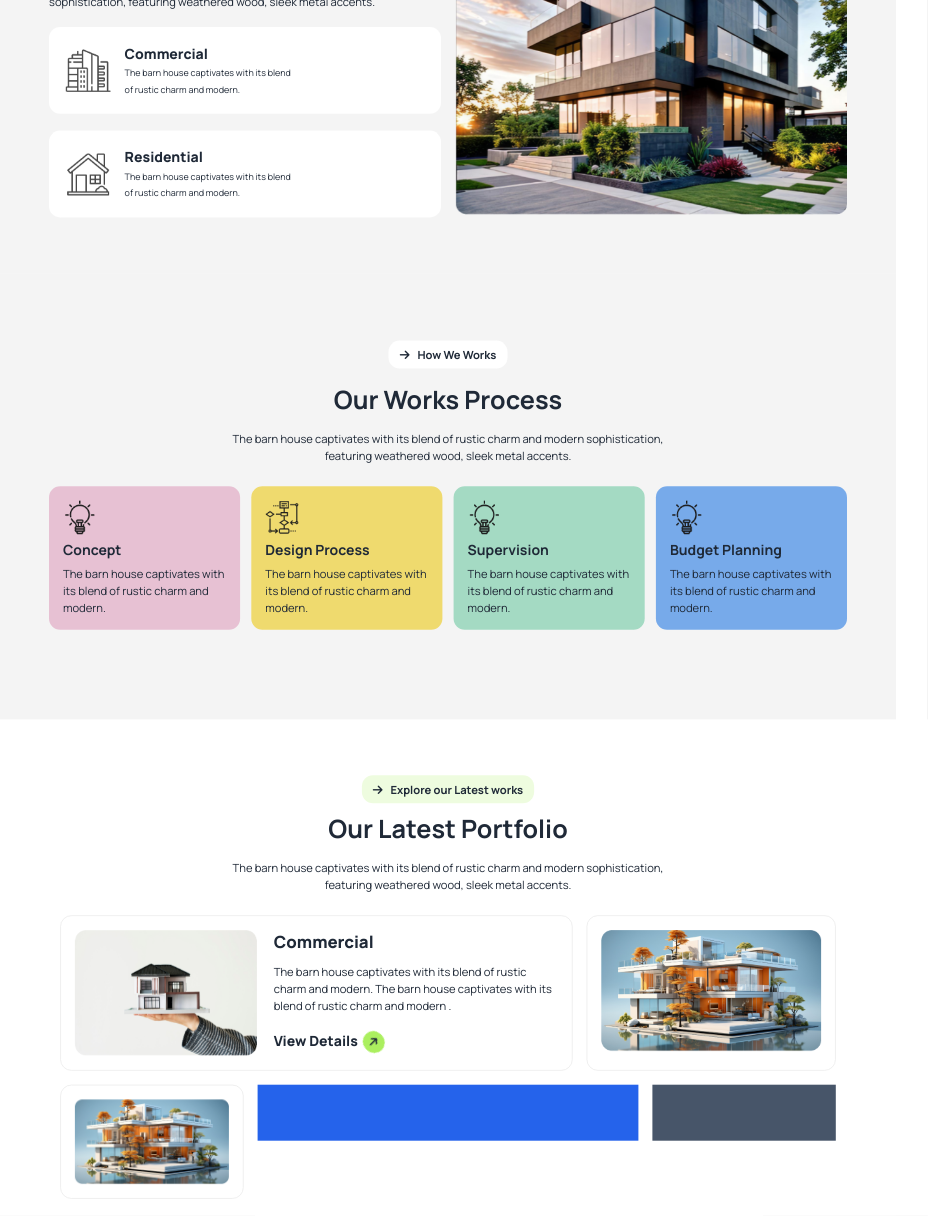
Repository: Tanvir4312/assignment-03
Page: index.html
The author's editor kept a copy of each file at every save. The page is drawn from the files as they stood at one save, then again after the next save.
The browser window is 1280 px wide. The page is 1325 px wide, so the pictures cover 1325 px, including what lies to the right of the window. The pictures show the part of the page from y = 1271 to 3111 px (the page is 3008 px tall before and 3111 px after), at 70% of full size.
Some web libraries are served in a nearby version.

Above is the page before, as saved 2024-10-30 18:49:32.

### index.html
<!DOCTYPE html>
<html lang="en">

<head>
    <meta charset="UTF-8">
    <meta name="viewport" content="width=device-width, initial-scale=1.0">
    <title>Renterio</title>
    <link rel="stylesheet" href="styles/styles.css">
    <!-- DaisyUI -->
    <link href="https://cdn.jsdelivr.net/npm/daisyui@4.12.14/dist/full.min.css" rel="stylesheet" type="text/css" />
    <script src="https://cdn.tailwindcss.com"></script>
    <!-- Icon -->
    <link rel="stylesheet" href="https://cdnjs.cloudflare.com/ajax/libs/font-awesome/6.6.0/css/all.min.css"
        integrity="sha512-Kc323vGBEqzTmouAECnVceyQqyqdsSiqLQISBL29aUW4U/M7pSPA/gEUZQqv1cwx4OnYxTxve5UMg5GT6L4JJg=="
        crossorigin="anonymous" referrerpolicy="no-referrer" />

    <script>
        tailwind.config = {
            theme: {
                extend: {
                    colors: {
                        clifford: '#da373d',
                        bgBtnColor: '#ABEF5F',
                        btnTextAndWorksTextColor: '#1C1C1C',
                        mainColor: '#212121',
                        secondaryColor: '#494949',

                    }
                }
            }
        }
    </script>
</head>

<body class="manrope-font">
    <header>
        <!-- Navbar -->
        <nav class="container mx-auto">
            <div class="navbar relative py-14">
                <div class="navbar-start">
                    <div class="absolute right-0">
                        <div class="dropdown">
                            <div tabindex="0" role="button"
                                class="btn btn-ghost mr-2 lg:hidden border border-[rgba(233,233,233)] rounded-full bg-[#f9f8f8]">
                                <svg xmlns="http://www.w3.org/2000/svg" class="h-5 w-5" fill="none" viewBox="0 0 24 24"
                                    stroke="currentColor">
                                    <path stroke-linecap="round" stroke-linejoin="round" stroke-width="2"
                                        d="M4 6h16M4 12h8m-8 6h16" />
                                </svg>
                            </div>
                            <div class="absolute -left-20">
                                <ul tabindex=""
                                    class="menu menu-sm dropdown-content bg-base-100 rounded-box z-[1] p-2 shadow w-32">
                                    <li><a>Home</a></li>
                                    <li><a>Services</a></li>
                                    <li><a>Portfolio</a></li>
                                    <li><a>Blogs</a></li>
                                    <li><a>Contact Us</a></li>
                                </ul>
                            </div>
                        </div>
                    </div>
                    <i class="fa-solid fa-arrow-right -rotate-45 bg-bgBtnColor p-2 rounded-full	"></i>
                    <a class="btn btn-ghost font-extrabold text-3xl pl-2">Renterio</a>
                </div>
                <div class="navbar-center hidden lg:flex">
                    <ul class="menu menu-horizontal px-1">
                        <li><a class="font-extrabold">Home</a></li>
                        <li><a>Services</a></li>
                        <li><a>Portfolio</a></li>
                        <li><a>Blogs</a></li>
                        <li><a>Contact Us</a></li>
                    </ul>
                </div>

                <div class="navbar-end hidden md:block">
                    <div class="flex justify-end">
                        <div class="flex items-center gap-3 mr-2">
                            <div class="px-3 py-1 border border-[rgba(233,233,233)] rounded-full bg-[#f9f8f8]">
                                <i class="fa-solid fa-magnifying-glass"></i>
                            </div>
                            <div class="px-3 py-1 border border-[rgba(233,233,233)] rounded-full bg-[#f9f8f8]">
                                <i class="fa-solid fa-cart-shopping"></i>
                            </div>
                        </div>
                        <div class="relative ">
                            <button class="btn bg-bgBtnColor rounded-3xl pr-14 text-lg font-semibold">Book
                                Consult</button>
                            <i
                                class="fa-solid fa-arrow-right -rotate-45 bg-black text-white p-2 rounded-full absolute top-2 right-4 "></i>
                        </div>
                    </div>
                </div>
            </div>
        </nav>
        <!-- Banner -->
        <section class="banner text-center">
            <!-- Banner Image -->
            <div class="flex justify-center px-14">
                <img src="./assets/banner.png" alt="">
            </div>
            <!-- Banner Text -->
            <div class="mt-6">
                <h1 class="text-3xl md:text-6xl font-extrabold md:leading-[80px]">A barn house of this design
                    has a <br>striking appearance
                </h1>
                <p class="mt-6 mb-8 px-5">The barn house captivates with its blend of rustic charm and modern
                    sophistication,
                    featuring weathered wood, sleek metal <br> accents, and large windows that flood the space with
                    natural light.</p>
                <!-- Banner Button -->
                <div class="relative flex px-2 md:justify-center md:items-center">
                    <div class="w-full text-start md:text-center">
                        <button
                            class="btn border border-[rgba(171,239,95)] bg-[rgba(171,239,95,0.5)] rounded-3xl mainColor text-xl font-extrabold pr-14 l w-full md:w-52">View
                            Details</button>
                    </div>
                    <div>
                        <i
                            class="fa-solid fa-arrow-right -rotate-45 bg-bgBtnColor p-2 rounded-full absolute bottom-2 right-[590px]"></i>

                        <i
                            class="md:hidden absolute top-3 right-20 fa-solid fa-arrow-right -rotate-45 bg-bgBtnColor p-2 rounded-full"></i>
                    </div>
                </div>
            </div>
        </section>
    </header>

    <main class="bg-[#F4F4F4]">
        <!-- Commercial and Residential Section -->
        <section class="bg-[#F4F4F4] md:my-24 my-5 pt-7 pb-5 md:pb-20">
            <!-- Vector Image -->
            <img class="hidden md:block border-dashed border-2 border-slate-300 py-7 ml-9" src="./assets/Vector.png"
                alt="">
            <div class="md:w-[1140px] mx-auto grid md:grid-cols-2 grid-cols-1 gap-5 p-4 md:p-0">
                <div>
                    <!-- About Us Button -->
                    <div class="flex justify-center md:flex-col">
                        <div class="bg-white w-32 py-2 px-4 rounded-2xl">
                            <i class="fa-solid fa-arrow-right pr-2"></i>
                            <button class="font-bold">About Us</button>
                        </div>
                    </div>
                    <!-- Text -->
                    <div class="mt-4 md:text-start text-center">
                        <h1 class="text-2xl md:text-4xl font-bold mainColor mb-6">We design thoughtful, <br> liveable
                            spaces
                        </h1>
                        <p class="secondaryColor">The barn house captivates with its blend of rustic charm and
                            modern sophistication, featuring weathered wood, sleek metal accents.</p>
                    </div>

                    <div class="flex md:items-center gap-5 my-6 bg-white p-6 rounded-2xl">
                        <!-- Image -->
                        <div>
                            <img src="./assets/commercial.png" alt="">
                        </div>
                        <!-- Text -->
                        <div>
                            <h3 class="text-xl font-extrabold">Commercial</h3>
                            <p><small>The barn house captivates with its blend <br> of rustic charm and modern.</small>
                            </p>
                        </div>
                    </div>
                    <div class="flex md:items-center gap-5 bg-white p-6 rounded-2xl">
                        <!-- Image -->
                        <div>
                            <img src="./assets/residential.png" alt="">
                        </div>
                        <!-- Text -->
                        <div>
                            <h3 class="text-xl font-extrabold">Residential</h3>
                            <p><small>The barn house captivates with its blend <br> of rustic charm and modern.</small>
                            </p>
                        </div>
                    </div>

                </div>
                <!-- Image -->
                <div>
                    <img class="h-60 w-full md:h-[500px]" src="./assets/Rectangle.png" alt="">
                </div>
            </div>
        </section>

        <!-- Works Process section -->
        <section class="md:w-[1140px] mx-auto px-4 md:px-0 md:pb-24">
            <!-- Works Button -->
            <div class="flex justify-center">
                <div class="bg-white py-2 px-4 rounded-2xl">
                    <i class="fa-solid fa-arrow-right pr-2"></i>
                    <button class="font-bold">How We Works</button>
                </div>
            </div>
            <!-- Text -->
            <div class="text-center">
                <h1 class="py-4 md:py-6 text-2xl md:text-4xl font-bold">Our Works Process</h1>
                <p>The barn house captivates with its blend of rustic charm and modern sophistication, <br> featuring
                    weathered wood, sleek metal accents.</p>
            </div>
            <!-- Card -->
            <div class="card grid grid-cols-1 md:grid-cols-4 gap-4 my-8">
                <div class="bg-[rgba(231,193,211)] rounded-2xl p-5">
                    <img src="./assets/concept.png" alt="">
                    <h4 class="py-2 text-xl font-bold">Concept</h4>
                    <p>The barn house captivates with its blend of rustic charm and modern.</p>
                </div>
                <div class="bg-[rgba(239,218,110)] rounded-2xl p-5">
                    <img src="./assets/flow-chart.png" alt="">
                    <h4 class="py-2 text-xl font-bold">Design Process</h4>
                    <p>The barn house captivates with its blend of rustic charm and modern.</p>
                </div>
                <div class="bg-[rgba(164,218,195)] rounded-2xl p-5">
                    <img src="./assets/concept.png" alt="">
                    <h4 class="py-2 text-xl font-bold">Supervision</h4>
                    <p>The barn house captivates with its blend of rustic charm and modern.</p>
                </div>
                <div class="bg-[rgba(119,170,234)] rounded-2xl p-5">
                    <img src="./assets/concept.png" alt="">
                    <h4 class="py-2 text-xl font-bold">Budget Planning</h4>
                    <p>The barn house captivates with its blend of rustic charm and modern.</p>
                </div>
            </div>
        </section>
        <!-- Latest Portfolio Section -->
        <section class="md:bg-white">
            <div class=" md:w-[1140px] mx-auto py-6 px-4 md:pt-20">
                <!-- Latest Works Button -->
                <div class="flex justify-center">
                    <div class="bg-[rgba(171,239,95,0.2)] py-2 px-4 rounded-2xl">
                        <i class="fa-solid fa-arrow-right pr-2"></i>
                        <button class="font-bold">Explore our Latest works</button>
                    </div>
                </div>
                <!-- Text -->
                <div class="text-center">
                    <h1 class="pt-4 pb-6 md:text-4xl text-2xl font-bold">Our Latest Portfolio</h1>
                    <p>The barn house captivates with its blend of rustic charm and modern sophistication, <br>
                        featuring
                        weathered wood, sleek metal accents.</p>
                </div>
                <!-- Latest Portfolio Card First Row -->
                <div class="pt-8 grid grid-cols-1 md:grid-cols-3 gap-5">
                    <div class="md:col-span-2 rounded-2xl ">
                        <div class="md:flex gap-6 border border-[rgba(233,233,233)] rounded-2xl p-5 bg-white">
                            <img src="./assets/img1.png" alt="">
                            <div>
                                <h3 class="text-2xl font-extrabold">Commercial</h3>
                                <p class="pt-4 pb-6">The barn house captivates with its blend of rustic charm and
                                    modern. The barn house
                                    captivates with its blend of rustic charm and modern .</p>

                                <a class="text-xl font-extrabold pr-1" href="">View Details</a>
                                <i class="fa-solid fa-arrow-right -rotate-45 bg-bgBtnColor p-2 rounded-full	"></i>
                            </div>
                        </div>
                    </div>
                    <div class="border border-[rgba(233,233,233)] rounded-2xl p-5 bg-white">
                        <img src="./assets/img2.png" alt="">
                    </div>

                </div>
                <!-- Latest Portfolio Card First Row -->
                <div class="grid grid-cols-1 md:grid-cols-4 gap-5 mt-5">
                    <div class="border border-[rgba(233,233,233)] rounded-2xl p-5 bg-white">
                        <img src="./assets/img2.png" alt="">
                    </div>
                    <div class="h-20 bg-blue-600 col-span-2"></div>
                    <div class="h-20 bg-slate-600"></div>

                </div>
            </div>
        </section>
    </main>

</body>

</html>

### styles/styles.css
/* Font */
@import url('https://fonts.googleapis.com/css2?family=Manrope:wght@200..800&display=swap');


.manrope-font {
  font-family: "Manrope", sans-serif;


}

After the next save:
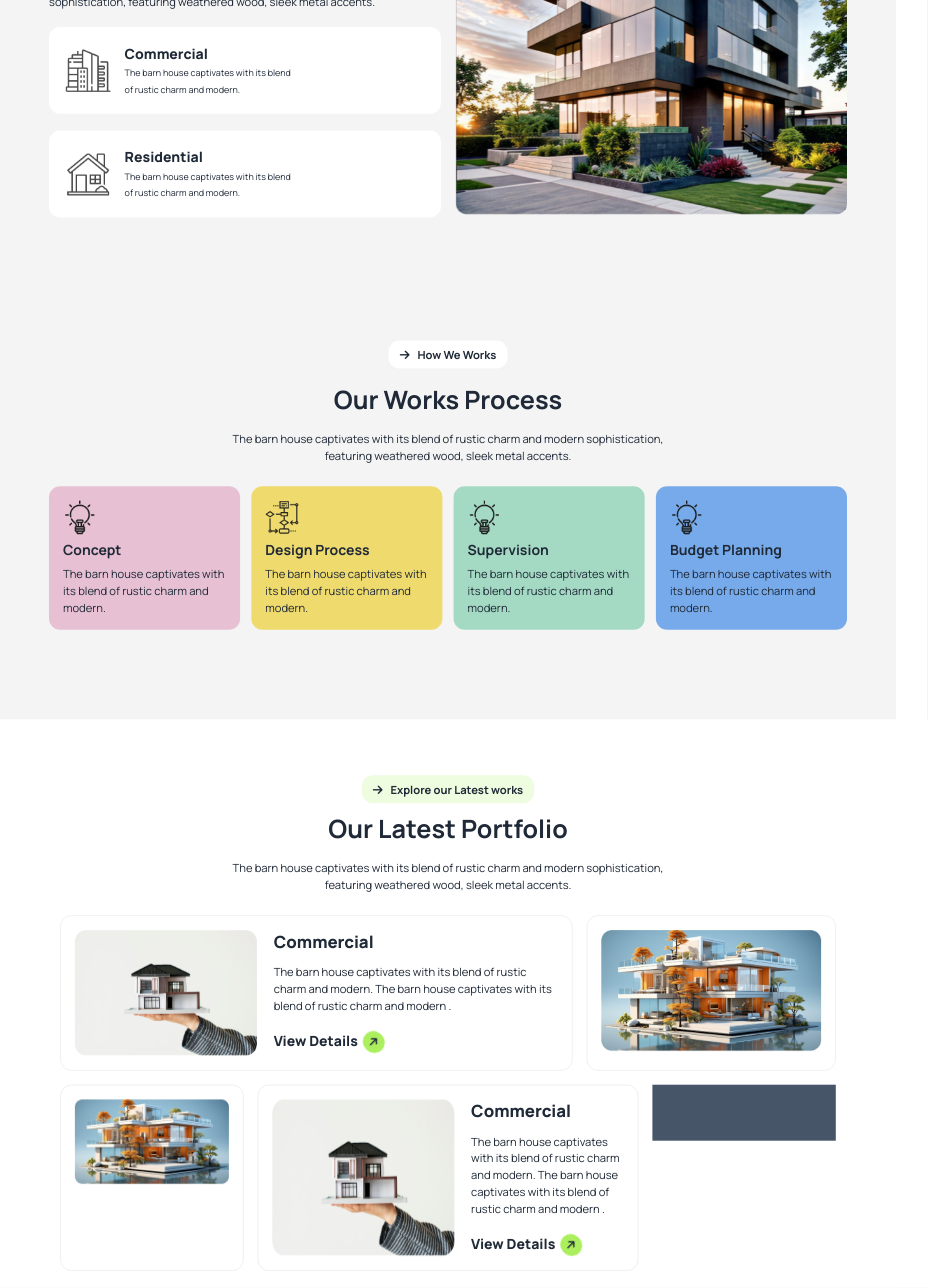
Saved 2 min 28 s later.
--- a/index.html
+++ b/index.html
@@ -261,12 +261,25 @@
                     </div>
 
                 </div>
-                <!-- Latest Portfolio Card First Row -->
+                <!-- Latest Portfolio Card Second Row -->
                 <div class="grid grid-cols-1 md:grid-cols-4 gap-5 mt-5">
                     <div class="border border-[rgba(233,233,233)] rounded-2xl p-5 bg-white">
                         <img src="./assets/img2.png" alt="">
                     </div>
-                    <div class="h-20 bg-blue-600 col-span-2"></div>
+                    <div class="md:col-span-2 rounded-2xl ">
+                        <div class="md:flex gap-6 border border-[rgba(233,233,233)] rounded-2xl p-5 bg-white">
+                            <img src="./assets/img1.png" alt="">
+                            <div>
+                                <h3 class="text-2xl font-extrabold">Commercial</h3>
+                                <p class="pt-4 pb-6">The barn house captivates with its blend of rustic charm and
+                                    modern. The barn house
+                                    captivates with its blend of rustic charm and modern .</p>
+
+                                <a class="text-xl font-extrabold pr-1" href="">View Details</a>
+                                <i class="fa-solid fa-arrow-right -rotate-45 bg-bgBtnColor p-2 rounded-full	"></i>
+                            </div>
+                        </div>
+                    </div>
                     <div class="h-20 bg-slate-600"></div>
 
                 </div>
